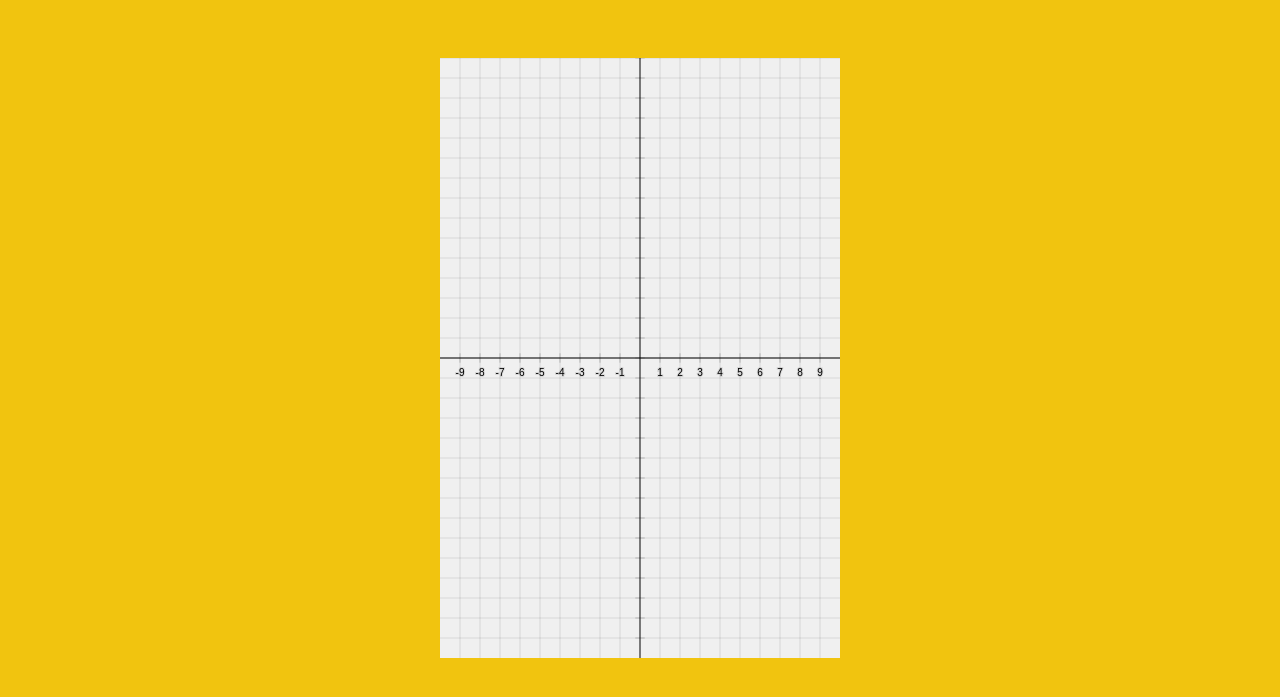
Repository: animarcus/graphing-app
Page: index.html
The author's editor kept a copy of each file at every save. The page is drawn from the files as they stood at one save, then again after the next save.
The browser window is 1280 px wide. The pictures show the whole page.
Some web libraries are served in a nearby version.

Above is the page before, as saved 2020-09-26 19:51:17.

After the next save:
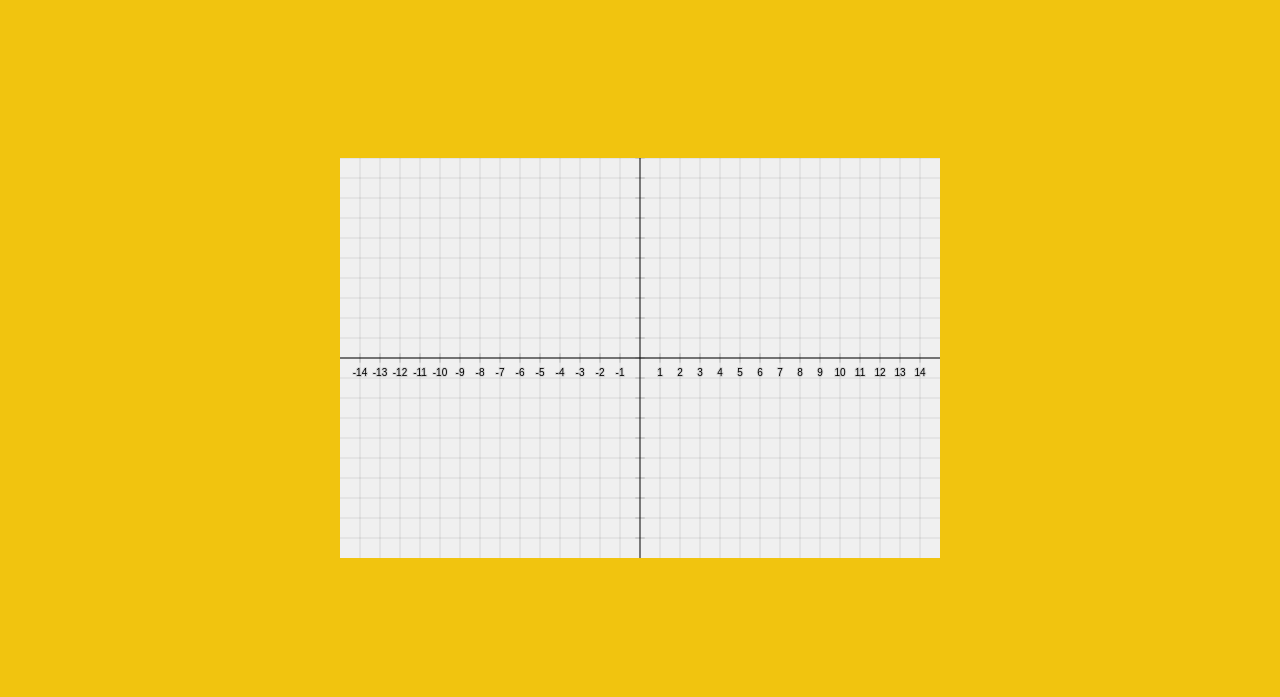
Saved 4 s later.
--- a/js/sketch.js
+++ b/js/sketch.js
@@ -1,6 +1,6 @@
 
-let canvasW = 400;
-let canvasH = 600;
+let canvasW = 600;
+let canvasH = 400;
 let cellW = 20;
 
 function setup() {
